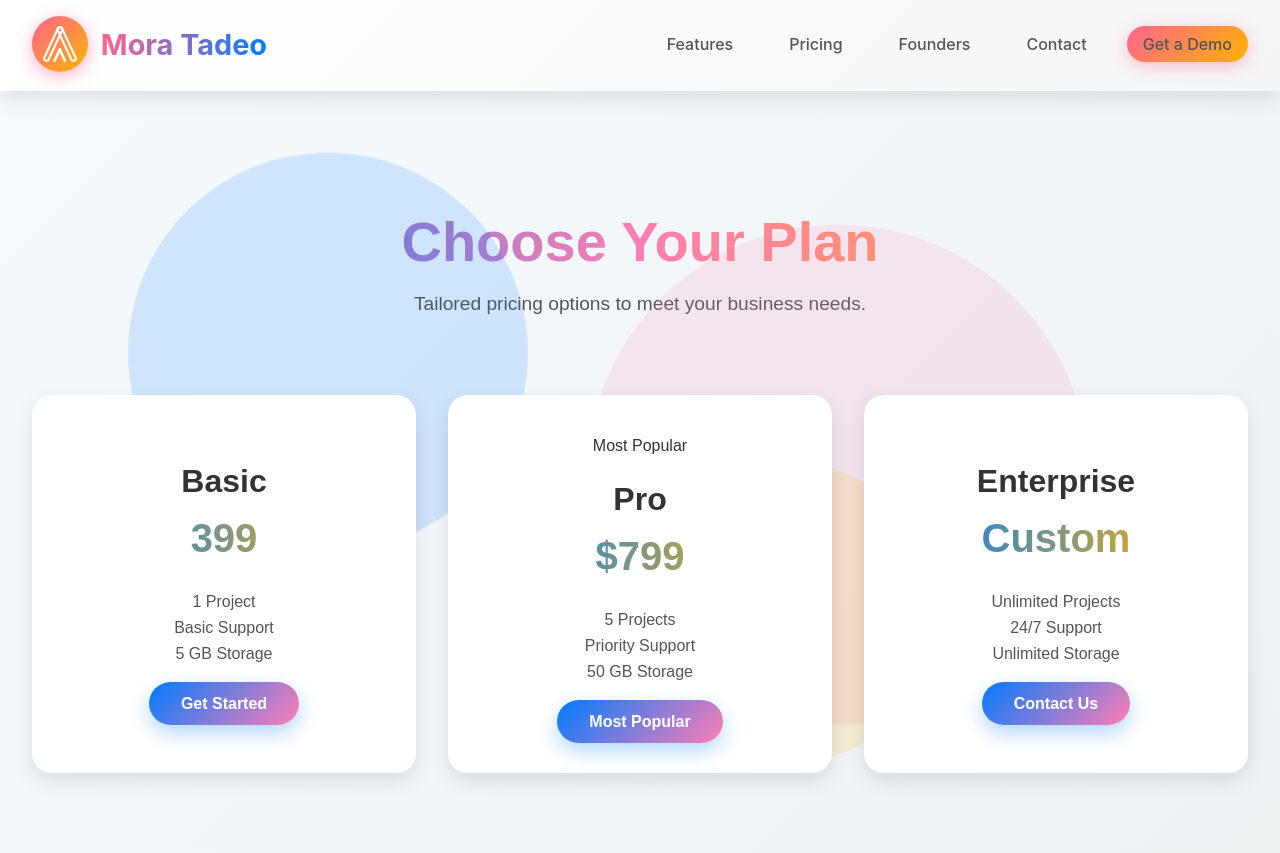
Repository: AbrahamM007/moratadeo
Page: /pricing
These files come from the project's save history. The page is drawn as it stood at one moment and after the next save; the edit follows.
The browser window is 1280 px wide. The pictures show the whole page.
The project was rebuilt for these pictures with package versions that can differ from the ones it lists, and the page was loaded fresh each time. Also part of the build but not shown: src/HeroSection.css, src/HeroSection.js, src/InfoSection.css, src/InfoSection.js, src/RoadmapSection.css, src/RoadmapSection.js, src/DesignPhaseSection.js, src/HeroBanner.js and 7 more.

Above is the page before, as saved 2025-01-13 10:29:14.

After the next save:
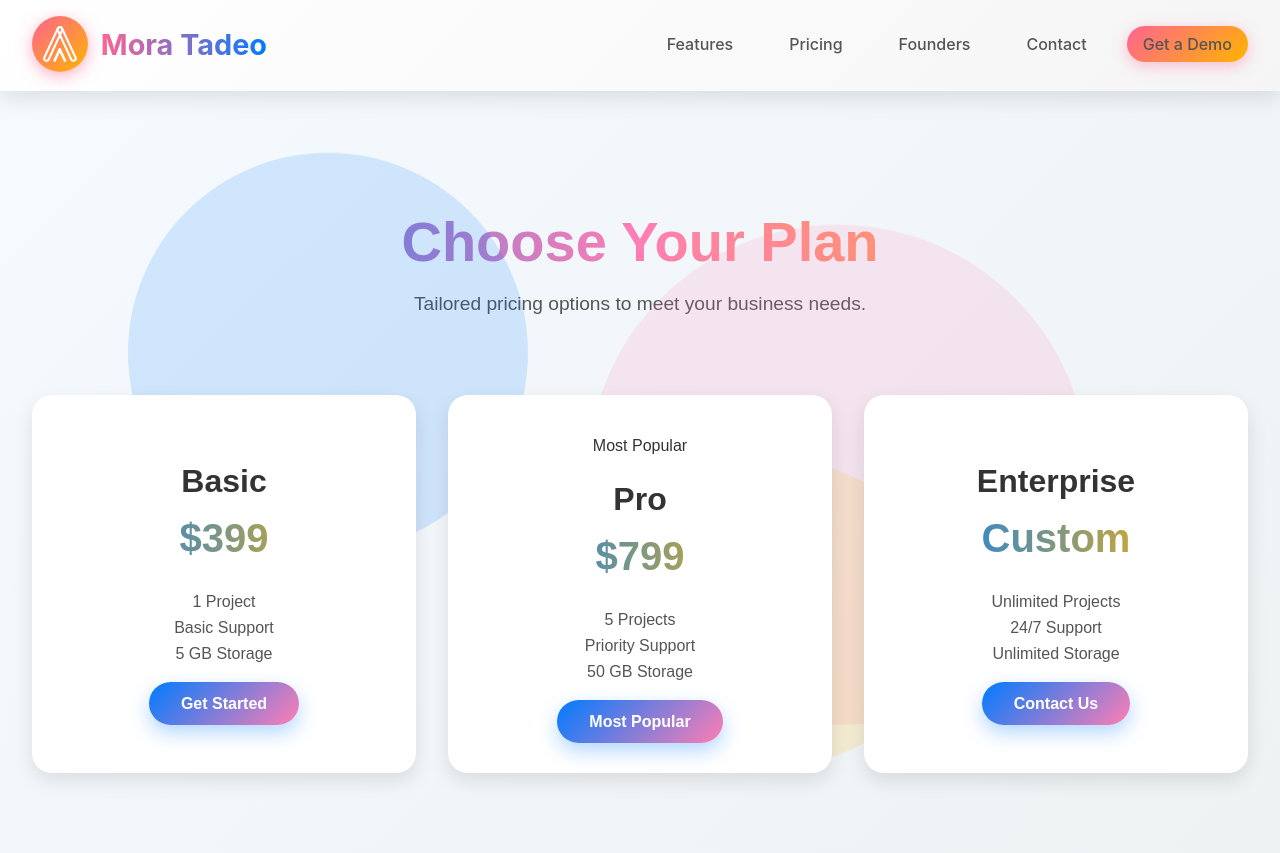
Saved 2 min 27 s later.
--- a/src/PricingPage.js
+++ b/src/PricingPage.js
@@ -4,7 +4,7 @@ import "./PricingPage.css";
 const pricingPlans = [
   {
     title: "Basic",
-    price: "399",
+    price: "$399",
     features: ["1 Project", "Basic Support", "5 GB Storage"],
     buttonText: "Get Started",
     popular: false,
